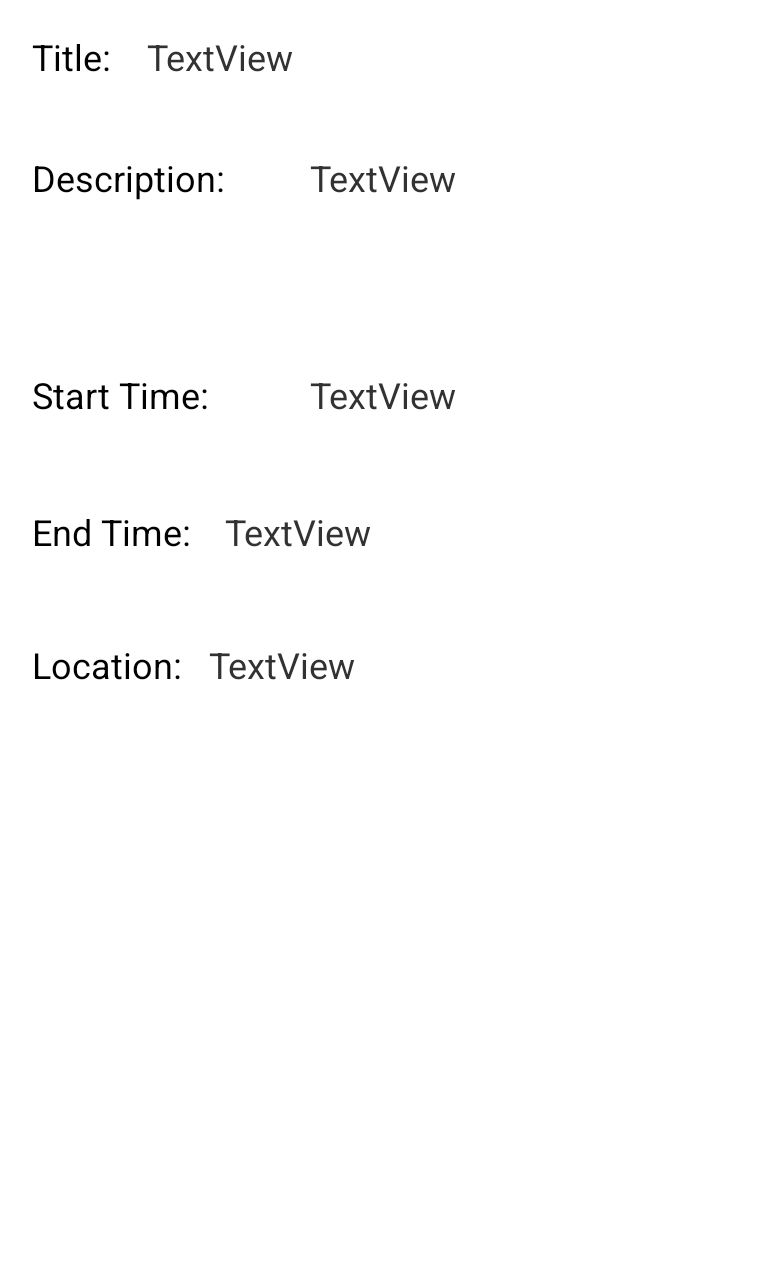
Repository: faisal22/MuslimEvents
Layout: MuslimEvents/res/layout/activity_events.xml
These files come from the project's save history. The layout is drawn as it stood at one moment and after the next save; the edit follows.
It is drawn on a 768 x 1280 px phone screen (xhdpi) without system bars, with theme AppTheme; the app's code is not run.

Above is the layout before, as saved 2014-01-19 20:42:56.

After the next save:
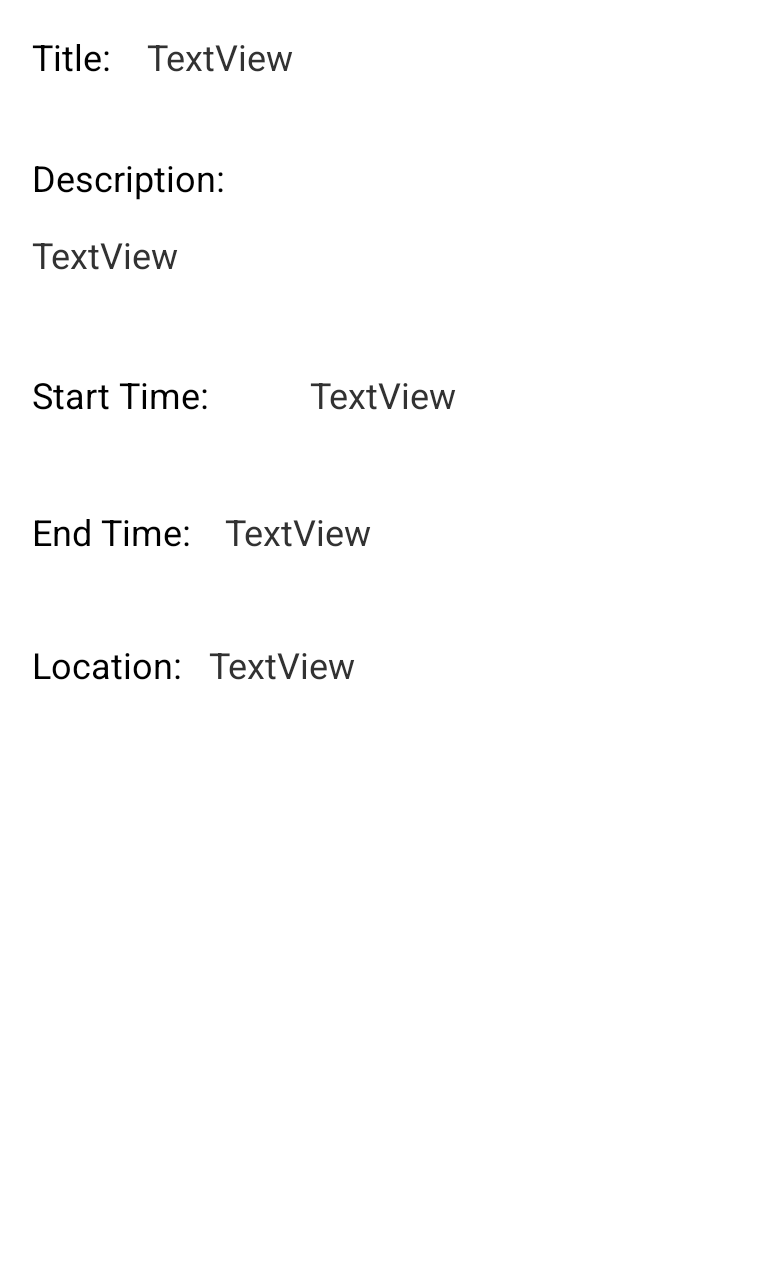
Saved 2 h 35 min later.
--- a/MuslimEvents/res/layout/activity_events.xml
+++ b/MuslimEvents/res/layout/activity_events.xml
@@ -68,24 +68,6 @@
         android:textSize="18sp" />
 
     <TextView
-        android:id="@+id/theDescription"
-        android:layout_width="wrap_content"
-        android:layout_height="wrap_content"
-        android:layout_above="@+id/TextView01"
-        android:layout_centerHorizontal="true"
-        android:text="TextView"
-        android:textSize="18sp" />
-
-    <TextView
-        android:id="@+id/theStartTime"
-        android:layout_width="wrap_content"
-        android:layout_height="wrap_content"
-        android:layout_above="@+id/TextView02"
-        android:layout_alignLeft="@+id/theDescription"
-        android:text="TextView"
-        android:textSize="18sp" />
-
-    <TextView
         android:id="@+id/theEndTime"
         android:layout_width="wrap_content"
         android:layout_height="wrap_content"
@@ -105,4 +87,23 @@
         android:text="TextView"
         android:textSize="18sp" />
 
+    <TextView
+        android:id="@+id/theDescription"
+        android:layout_width="wrap_content"
+        android:layout_height="wrap_content"
+        android:layout_alignLeft="@+id/textView2"
+        android:layout_below="@+id/textView2"
+        android:layout_marginTop="14dp"
+        android:text="TextView"
+        android:textSize="18sp" />
+
+    <TextView
+        android:id="@+id/theStartTime"
+        android:layout_width="wrap_content"
+        android:layout_height="wrap_content"
+        android:layout_above="@+id/TextView02"
+        android:layout_centerHorizontal="true"
+        android:text="TextView"
+        android:textSize="18sp" />
+
 </RelativeLayout>
